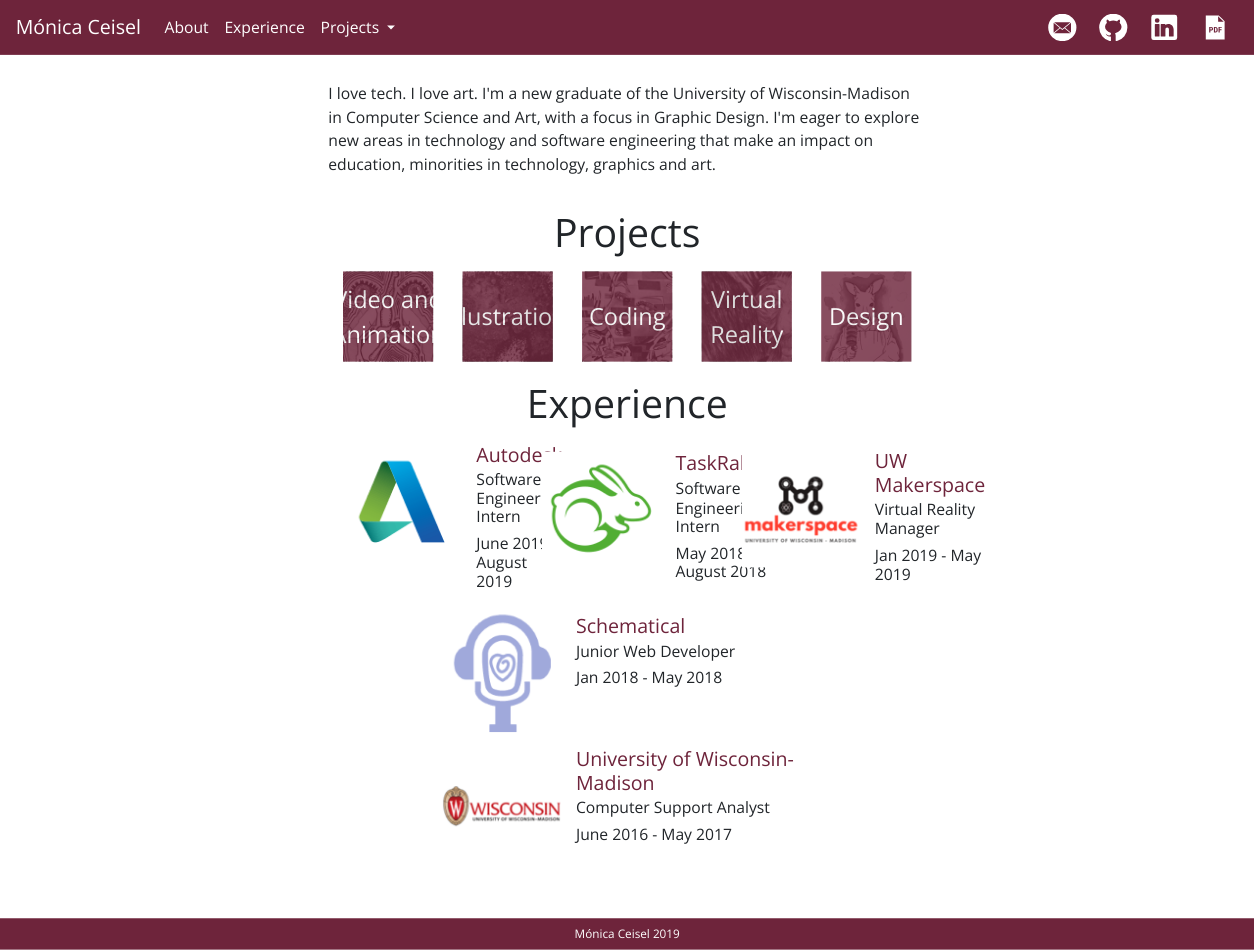
Repository: ceiselm/ceiselm.github.io
Page: index.html
These files come from the project's save history. The page is drawn as it stood at one moment and after a run of saves; the edit follows.
The browser window is 1280 px wide. The pictures show the whole page, at 98% of full size.

Above is the page before, as saved 2019-08-07 23:14:40.

After the next 2 saves:
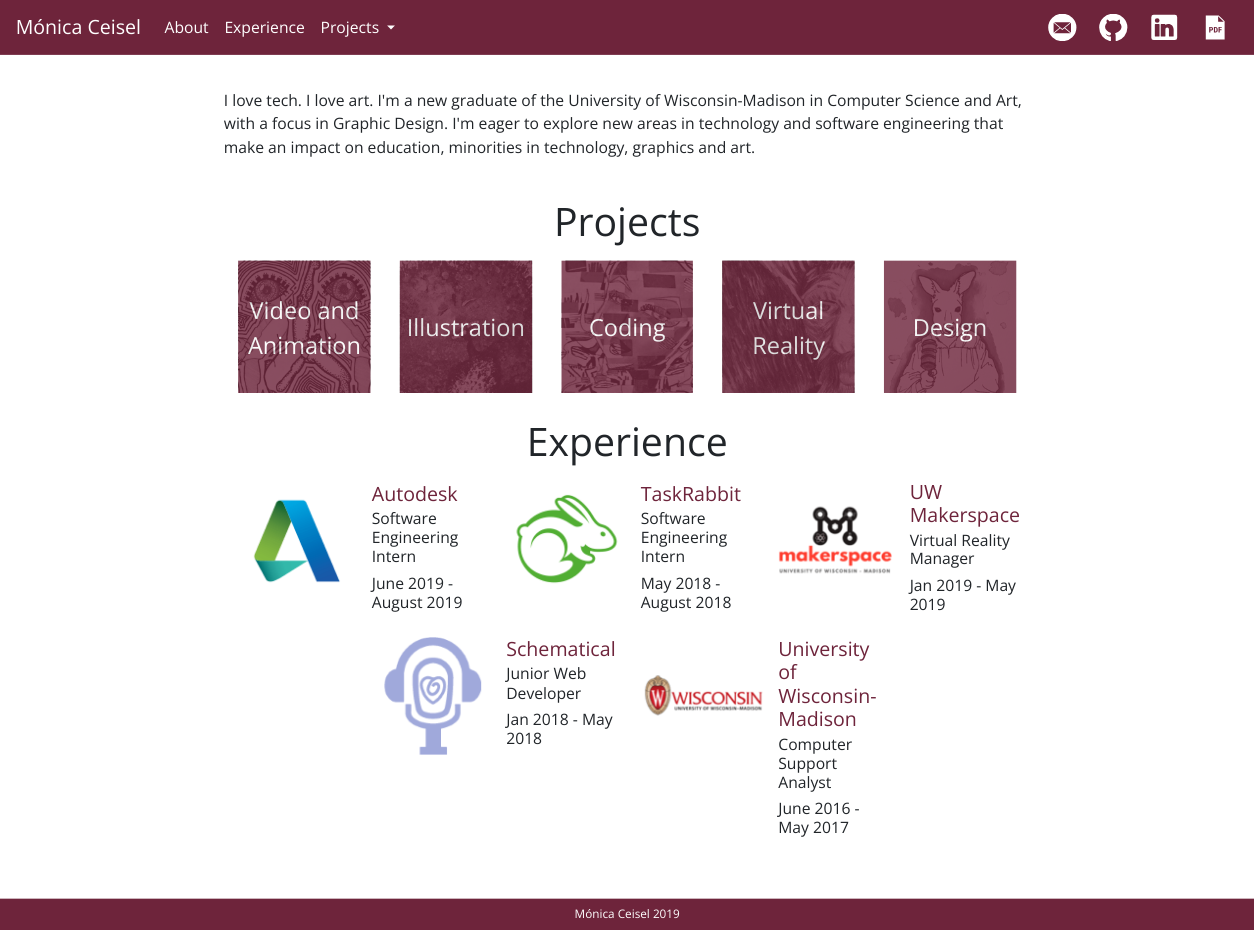
The 2 saves are shown as one change because they came seconds apart.
The last was saved 15 s later.
--- a/index.html
+++ b/index.html
@@ -71,7 +71,7 @@
     <!-- site navigation component END -->
     <!-- <hr> -->
     <!-- about START -->
-    <div class="container col-6">
+    <div class="container col-lg-8">
     <div class="row justify-content-center">
     <!-- <div class="col-8"> -->
     <div class="portion">

After the 2 saves that followed:
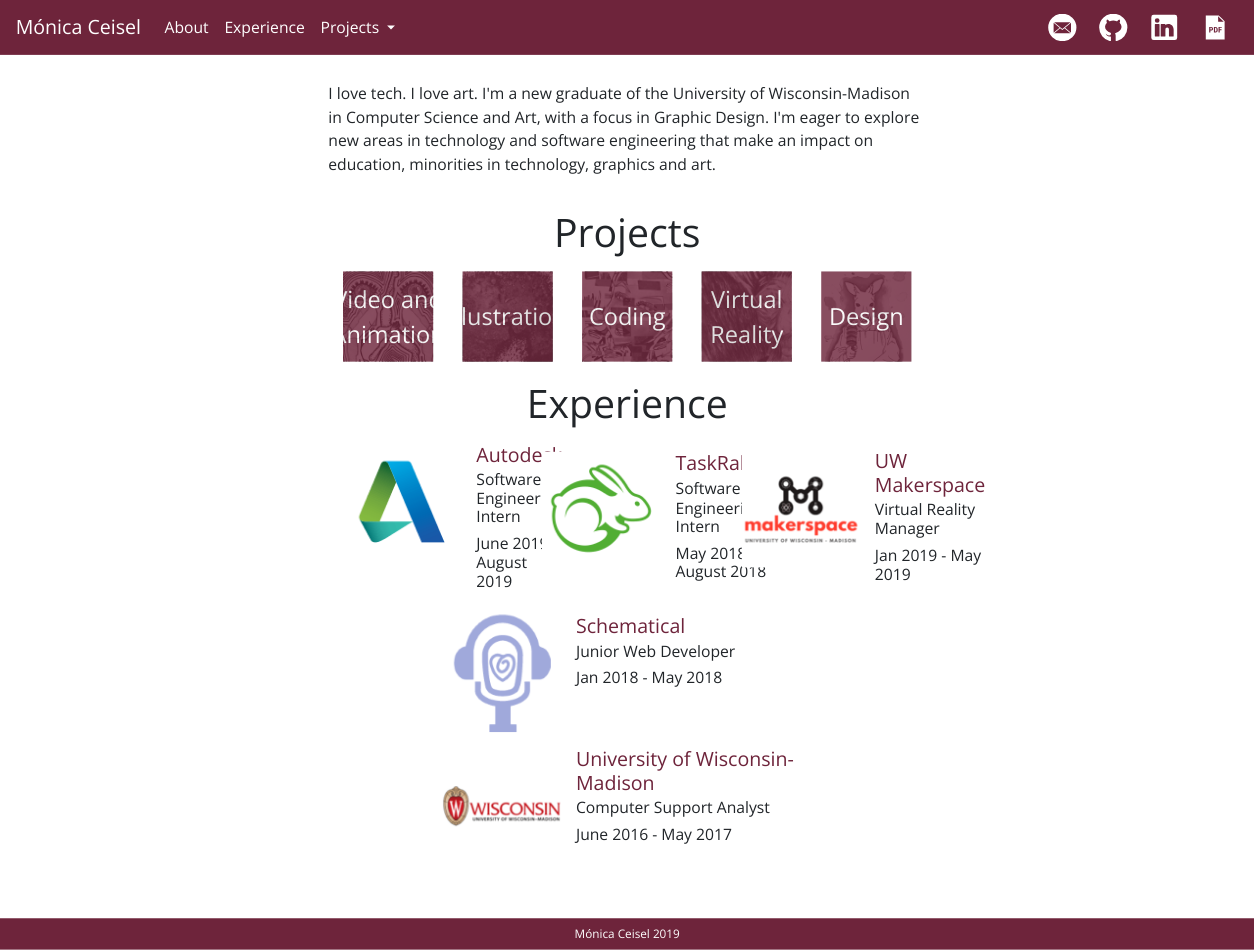
The 2 saves are shown as one change because 1 left the picture as it was.
The last was saved 54 s later.
--- a/index.html
+++ b/index.html
@@ -71,7 +71,7 @@
     <!-- site navigation component END -->
     <!-- <hr> -->
     <!-- about START -->
-    <div class="container col-lg-8">
+    <div class="container col-md-6">
     <div class="row justify-content-center">
     <!-- <div class="col-8"> -->
     <div class="portion">
